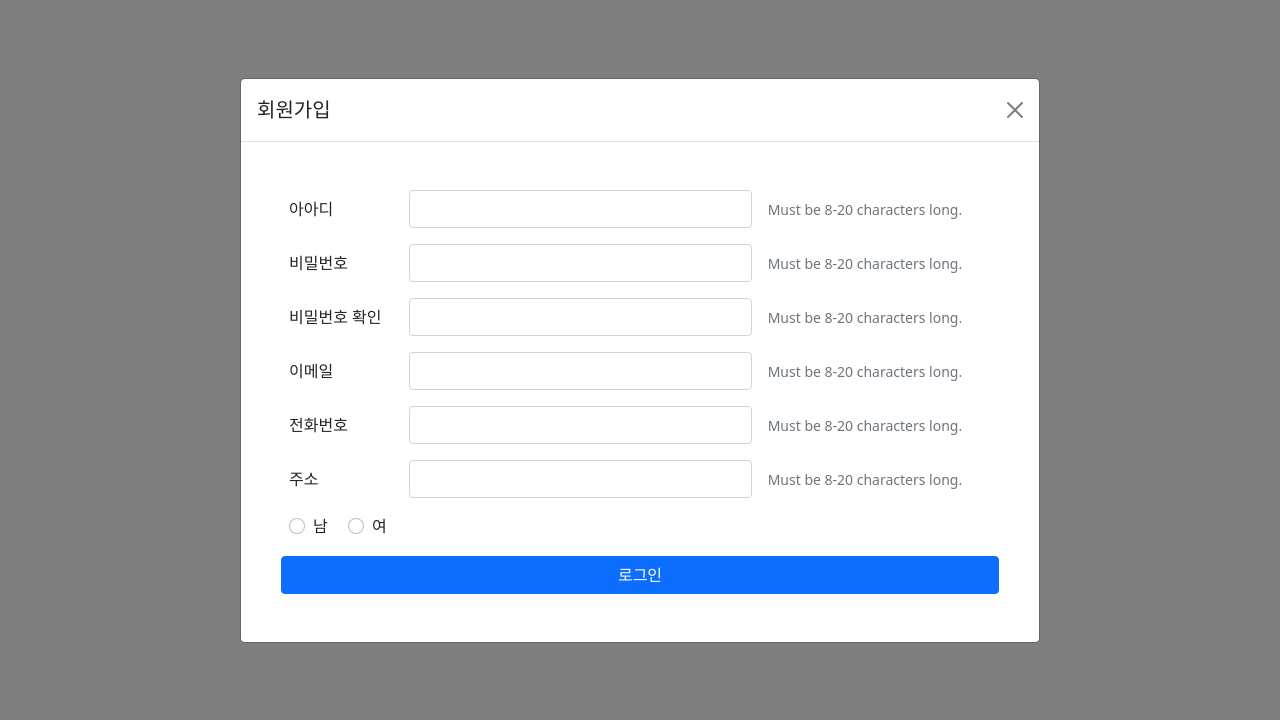
Repository: hyunha95/selfStudy
Page: http://localhost/spring-board/WEB-INF/views/member/enroll.jsp
These files come from the project's save history. The page is drawn as it stood at one moment and after the next save; the edit follows.
The browser window is 1280 px wide. The pictures show the whole page.
The page is served by Tomcat 9. Nobody is signed in. The template is opened directly, without the code that normally fills it, so the values that code supplies are empty.

Above is the page before, as saved 2022-01-15 08:37:53.

After the next save:
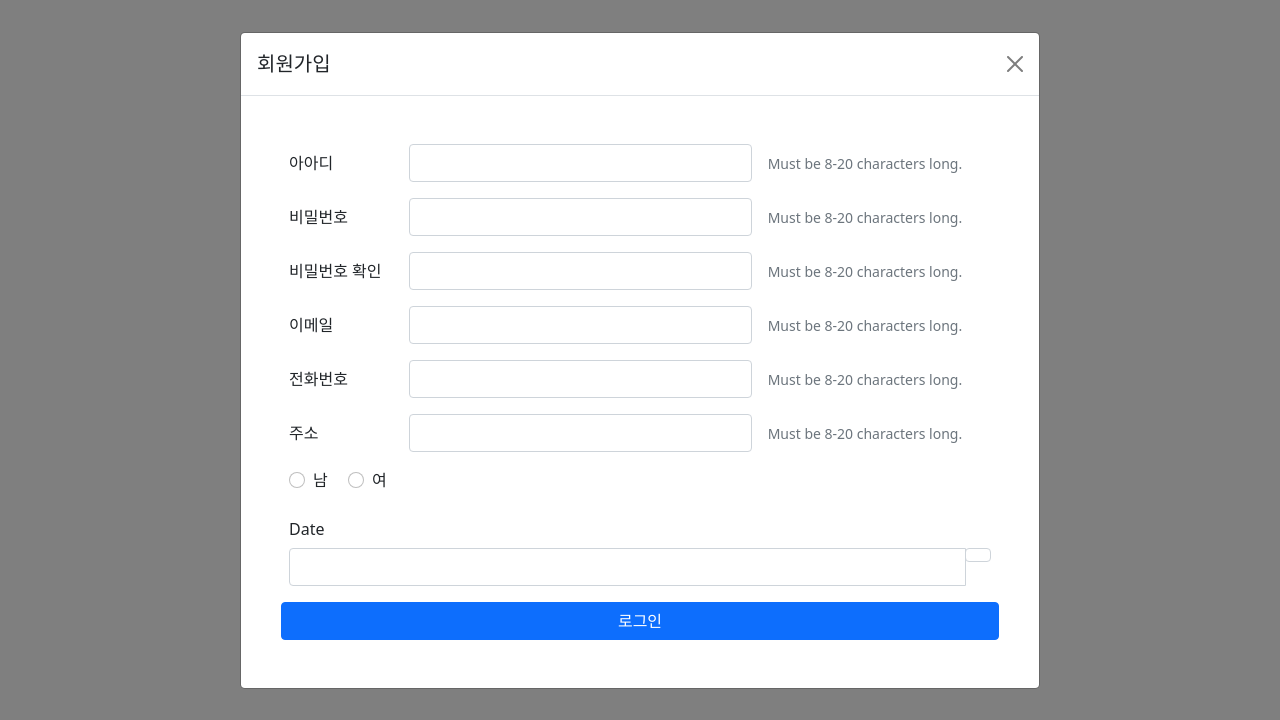
Saved 3 min 58 s later.
--- a/spring_workspace/spring-board/src/main/webapp/WEB-INF/views/member/enroll.jsp
+++ b/spring_workspace/spring-board/src/main/webapp/WEB-INF/views/member/enroll.jsp
@@ -124,6 +124,18 @@ $(() => {
 						  <label class="form-check-label" for="inlineRadio2">여</label>
 					  </div>
 				  </span>
+				  <!-- 생일 -->
+				  <div class="col-12">
+    <label for="date" class="col-sm-1 col-form-label">Date</label>
+    <div class="input-group date" id="datepicker">
+        <input type="text" class="form-control">
+        <span class="input-group-append">
+        <span class="input-group-text bg-white d-block">
+        <i class="fa fa-calendar"></i>
+        </span>
+        </span>
+    </div>
+</div>
 				<!-- submit 버튼 -->
 			    <button type="submit" class="btn btn-primary mt-3">로그인</button>
 	      	</div>
